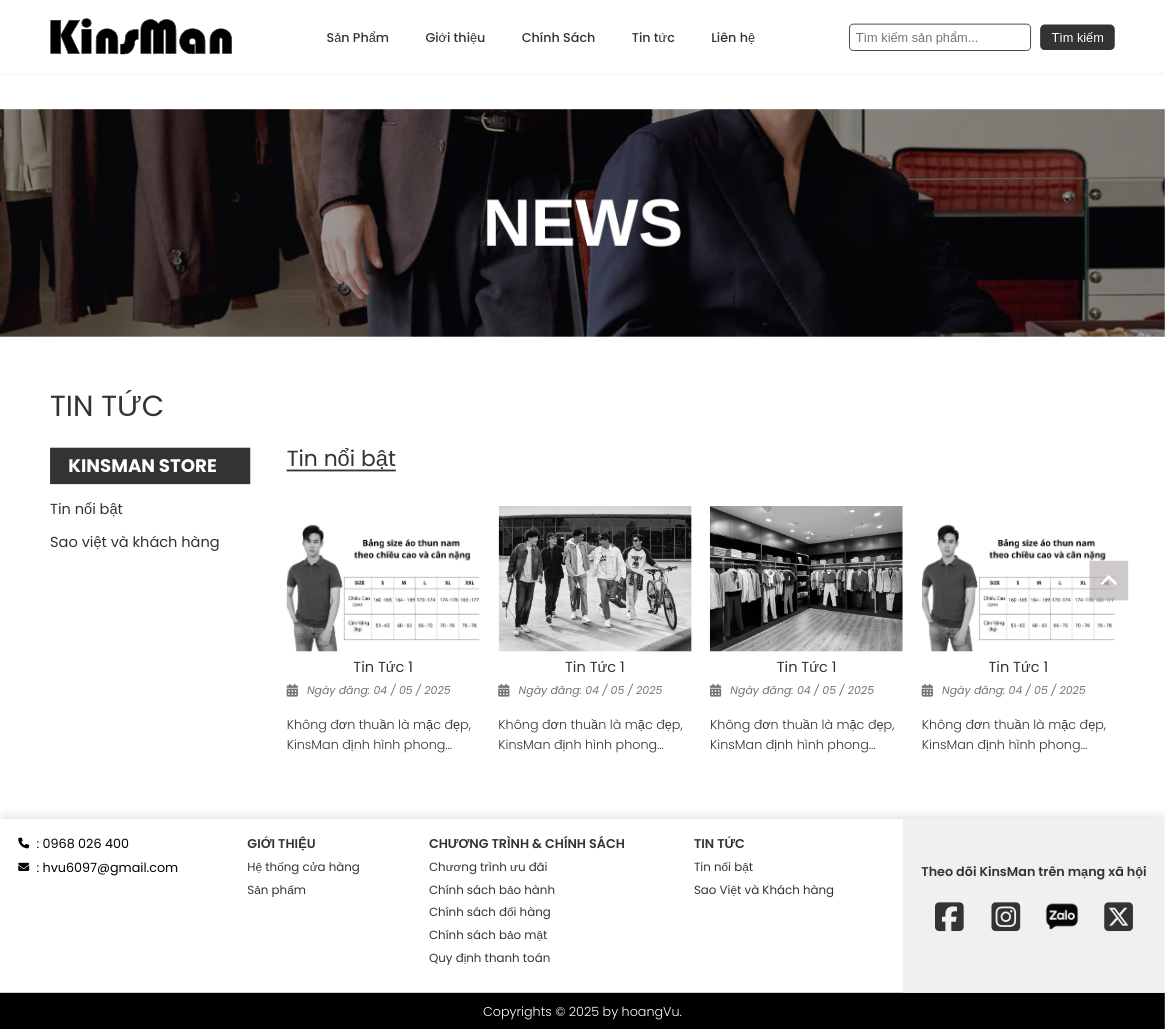
Repository: hoang28092000/kinsmanClothes
Page: category/news.html
These files come from the project's save history. The page is drawn as it stood at one moment and after the next save; the edit follows.
The browser window is 1280 px wide. The pictures show the whole page, at 91% of full size.

Above is the page before, as saved 2025-05-08 12:20:26.
Console error: TypeError: Cannot read properties of null (reading 'addEventListener')

### category/news.html
<!DOCTYPE html>
<html lang="en">
  <head>
    <meta charset="UTF-8" />
    <meta name="viewport" content="width=device-width, initial-scale=1.0" />
    <link rel="preconnect" href="https://fonts.googleapis.com" />
    <link rel="preconnect" href="https://fonts.gstatic.com" crossorigin />
    <link
      href="https://fonts.googleapis.com/css2?family=Poppins:ital,wght@0,100;0,200;0,300;0,400;0,500;0,600;0,700;0,800;0,900;1,100;1,200;1,300;1,400;1,500;1,600;1,700;1,800;1,900&display=swap"
      rel="stylesheet"
    />
    <link
      rel="stylesheet"
      href="https://cdnjs.cloudflare.com/ajax/libs/font-awesome/6.7.2/css/all.min.css"
      integrity="sha512-Evv84Mr4kqVGRNSgIGL/F/aIDqQb7xQ2vcrdIwxfjThSH8CSR7PBEakCr51Ck+w+/U6swU2Im1vVX0SVk9ABhg=="
      crossorigin="anonymous"
      referrerpolicy="no-referrer"
    />
    <link rel="stylesheet" href="../css/reset.css" />
    <link rel="stylesheet" href="../css/main.css" />
    <link rel="stylesheet" href="../css/product.css" />
    <title>KinsMan-Policy</title>
  </head>
  <body>
    <header class="header">
      <div class="container">
        <div class="content-header">
          <div class="logo">
            <a href="../index.html">
              <img
                src="../asset/logo/logo-kinsmann.svg"
                alt="KinsManClothes Logo"
              />
            </a>
          </div>
          <nav class="nav">
            <ul>
              <li><a href="./product.html">Sản Phẩm</a></li>
              <li><a href="./about-us.html">Giới thiệu</a></li>
              <li><a href="#">Chính Sách</a></li>
              <li><a href="./news.html">Tin tức</a></li>
              <li><a href="./contact.html">Liên hệ</a></li>
            </ul>
          </nav>
          <div class="search-box">
            <input type="text" placeholder="Tìm kiếm sản phẩm..." />
            <button type="submit">Tìm kiếm</button>
          </div>
        </div>
      </div>
    </header>

    <main class="main-news">
      <div class="banner-news">
        <img src="../asset/banner/banner-9.png" alt="" />
      </div>
      <div class="container">
        <h2 class="title-heading title-contact">TIN TỨC</h2>
        <div class="content-news">
          <div class="left">
            <h4>KINSMAN STORE</h4>
            <p>
              <a href="">Tin nổi bật</a>
            </p>
            <p>
              <a href="">Sao việt và khách hàng</a>
            </p>
          </div>
          <div class="right">
            <div class="body-news" id="">
              <h3 class="blog-heading">Tin nổi bật</h3>
              <div class="list-news">
                <article class="card-news">
                  <a href="">
                    <div class="img-news">
                        <img src="../asset/image/new-1.jpg" alt="" />
                    </div>
                    <h3 class="name-news"><a href="">
                        Tin Tức 1
                    </a></h3>
                  </a>
                  <div class="desc">
                    <div class="time-up">
                      <i class="fa-solid fa-calendar-days icon-time"></i>
                      <p class="desc-time">
                        Ngày đăng: 04 / 05 / 2025
                      </p>
                    </div>
                    <p class="desc_card-news">
                        Không đơn thuần là mặc đẹp, KinsMan định hình phong cách mới cho nam giới hiện đại: trẻ trung, khỏe khoắn và luôn sẵn sàng bứt phá. Từ áo thun basic đến sơ mi phối phá cách, mọi thiết kế đều hướng tới sự năng động trong từng chi tiết. Đặc biệt phù hợp với những chàng trai thích sự đơn giản nhưng vẫn “ăn điểm” trước đám đông.
                    </p>
                  </div>
                </article>
                <article class="card-news">
                  <a href="">
                    <div class="img-news">
                        <img src="../asset/image/news-2.webp" alt="" />
                    </div>
                    <h3 class="name-news"><a href="">
                        Tin Tức 1
                    </a></h3>
                  </a>
                  <div class="desc">
                    <div class="time-up">
                      <i class="fa-solid fa-calendar-days icon-time"></i>
                      <p class="desc-time">
                        Ngày đăng: 04 / 05 / 2025
                      </p>
                    </div>
                    <p class="desc_card-news">
                        Không đơn thuần là mặc đẹp, KinsMan định hình phong cách mới cho nam giới hiện đại: trẻ trung, khỏe khoắn và luôn sẵn sàng bứt phá. Từ áo thun basic đến sơ mi phối phá cách, mọi thiết kế đều hướng tới sự năng động trong từng chi tiết. Đặc biệt phù hợp với những chàng trai thích sự đơn giản nhưng vẫn “ăn điểm” trước đám đông.
                    </p>
                  </div>
                </article>
                <article class="card-news">
                  <a href="">
                    <div class="img-news">
                        <img src="../asset/image/news-3.jpg" alt="" />
                    </div>
                    <h3 class="name-news"><a href="">
                        Tin Tức 1
                    </a></h3>
                  </a>
                  <div class="desc">
                    <div class="time-up">
                      <i class="fa-solid fa-calendar-days icon-time"></i>
                      <p class="desc-time">
                        Ngày đăng: 04 / 05 / 2025
                      </p>
                    </div>
                    <p class="desc_card-news">
                        Không đơn thuần là mặc đẹp, KinsMan định hình phong cách mới cho nam giới hiện đại: trẻ trung, khỏe khoắn và luôn sẵn sàng bứt phá. Từ áo thun basic đến sơ mi phối phá cách, mọi thiết kế đều hướng tới sự năng động trong từng chi tiết. Đặc biệt phù hợp với những chàng trai thích sự đơn giản nhưng vẫn “ăn điểm” trước đám đông.
                    </p>
                  </div>
                </article>
                <article class="card-news">
                  <a href="">
                    <div class="img-news">
                        <img src="../asset/image/new-1.jpg" alt="" />
                    </div>
                    <h3 class="name-news"><a href="">
                        Tin Tức 1
                    </a></h3>
                  </a>
                  <div class="desc">
                    <div class="time-up">
                      <i class="fa-solid fa-calendar-days icon-time"></i>
                      <p class="desc-time">
                        Ngày đăng: 04 / 05 / 2025
                      </p>
                    </div>
                    <p class="desc_card-news">
                        Không đơn thuần là mặc đẹp, KinsMan định hình phong cách mới cho nam giới hiện đại: trẻ trung, khỏe khoắn và luôn sẵn sàng bứt phá. Từ áo thun basic đến sơ mi phối phá cách, mọi thiết kế đều hướng tới sự năng động trong từng chi tiết. Đặc biệt phù hợp với những chàng trai thích sự đơn giản nhưng vẫn “ăn điểm” trước đám đông.
                    </p>
                  </div>
                </article>


              </div>

            </div>
          </div>
        </div>
      </div>
    </main>
    <footer class="footer">
      <div class="content-footer">
        <ul class="info-footer">
          <li class="contact-footer">
            <i class="fa-solid fa-phone icon-footer"></i>
            <p>: 0968 026 400</p>
          </li>
          <li class="contact-footer">
            <i class="fa-solid fa-envelope icon-footer"></i>
            <p>: hvu6097@gmail.com</p>
          </li>
        </ul>
        <ul class="info-footer">
          <li class="title-footer">GIỚI THIỆU</li>
          <li>
            <a href="./about-us.html"> Hệ thống cửa hàng </a>
          </li>
          <li>
            <a href="#"> Sản phẩm </a>
          </li>
        </ul>
        <ul class="info-footer">
          <li class="title-footer">CHƯƠNG TRÌNH & CHÍNH SÁCH</li>
          <li>
            <a href="./policy.html">Chương trình ưu đãi</a>
          </li>
          <li>
            <a href="./policy.html">Chính sách bảo hành</a>
          </li>
          <li>
            <a href="./policy.html">Chính sách đổi hàng</a>
          </li>
          <li>
            <a href="./policy.html">Chính sách bảo mật</a>
          </li>
          <li>
            <a href="./policy.html">Quy định thanh toán</a>
          </li>
        </ul>
        <ul class="info-footer">
          <li class="title-footer">TIN TỨC</li>
          <li>
            <a href="./news.html">Tin nổi bật</a>
          </li>
          <li>
            <a href="./news.html">Sao Việt và Khách hàng</a>
          </li>
        </ul>
        <ul class="footer-social">
          <li class="title-footer">Theo dõi KinsMan trên mạng xã hội</li>
          <li class="links-social">
            <a href="https://www.facebook.com/profile.php?id=100008725181742">
              <i class="fa-brands fa-square-facebook icon-social"></i>
            </a>
            <a href="https://www.instagram.com/hoagkins/"
              ><i class="fa-brands fa-square-instagram icon-social"></i
            ></a>
            <a href="zalo.me/0968026400"
              ><img
                src="../asset/icon/icon-zalo2.png"
                class="img-zalo"
                alt="ZALO"
            /></a>
            <a href="https://x.com/kinsman2809"
              ><i class="fa-brands fa-square-x-twitter icon-social"></i
            ></a>
          </li>
        </ul>
      </div>
      <div class="copy_right">
        <h3>Copyrights © 2025 by hoangVu.</h3>
      </div>
    </footer>

    <div class="up-page">
      <a href="#"><i class="fa-solid fa-angle-up icon-up"></i></a>
    </div>

    <script src="./js/main.js"></script>
  </body>
</html>

### css/product.css
.main-product {
  margin-top: 80px;
}
.banner-product {
  width: 100%;
  height: 250px;
}
.banner-product img {
  width: 100%;
  height: 100%;
}
.category-product {
  margin-bottom: 70px;
}

.list-product {
  display: flex;
  justify-content: space-between;
  align-items: center;
  gap: 30px;
}
.product-link {
  text-decoration: none;
}
.product-card {
  width: 288px;
}
.img-product {
  width: 100%;
  height: 290px;
  overflow: hidden;
}
.img-product img {
  width: 100%;
  height: 100%;
  transition: transform 0.3s ease;
}
.img-product img:hover {
  transform: scale(1.1);
}
.info-card {
  padding: 10px 20px;
}
.info-card h3 {
  text-align: center;
  font-size: 1.6rem;
  color: var(--text-color);
}
.price {
  font-size: 1.4rem;
  color: var(--primary-color);
  font-weight: 600;
  text-align: center;
  margin-top: 8px;
}
.more-product {
  width: 160px;
  height: 40px;
  display: flex;
  justify-content: center;
  align-items: center;
  margin: 30px auto 0;
  background-color: #333;
  color: #fff;
  text-decoration: none;
  font-size: 1.4rem;
  border: 1px solid #333;
  transition: all 0.7s ease;
  border-radius: 5px;
}
.more-product:hover {
  background-color: #fff;
  color: #333;
}
.banner-main_second {
  width: 100%;
  height: 250px;
}

.banner-main_second img {
  width: 100%;
  height: 100%;
}

/* main_about-us */
.main-news,
.main-contact,
.main-policy,
.main_about-us {
  margin-top: 120px;
}
.content-policy .passage,
.content_about-us .passage {
  margin-bottom: 32px;
}
.content-policy h3,
.content_about-us h3 {
  font-size: 1.8rem;
  font-weight: 500;
  color: var(--text-color);
  line-height: 1.76;
  margin-bottom: 12px;
}
.content-policy p,
.content_about-us p {
  font-size: 1.6rem;
  color: #333;
  line-height: 1.85;
  margin-bottom: 10px;
  text-align: justify;
}

.map {
  position: relative;
  width: 100%;
  height: 400px;
  margin-top: 40px;
}
.map a {
  text-decoration: none;
}
.map img {
  width: 100%;
  height: 100%;
  object-fit: cover;
}
.overlay-map {
  position: absolute;
  top: 0;
  bottom: 0;
  right: 0;
  left: 0;
  display: none;
  background-color: rgba(73, 71, 71, 0.4);
}
.overlay-map h3 {
  font-size: 2.8rem;
  color: #fff;
}

.map:hover .overlay-map {
  display: flex;
  justify-content: center;
  align-items: center;
}

/* policy */
.content-policy ul {
  padding-left: 30px;
  list-style-type: disc;
}
.content-policy li {
  font-size: 1.6rem;
  color: #333;
  margin-bottom: 16px;
}
/* contact */
.banner-contact {
  width: 100%;
  height: 250px;
}
.banner-contact img {
  width: 100%;
  height: 100%;
  object-fit: cover;
}
.content-contact {
  margin-top: 70px;
}
.info-contact {
  display: flex;
  justify-content: space-between;
  align-items: center;
  gap: 60px;
}
.info-contact .left,
.info-contact .right {
  width: 550px;
}
.info-contact .left {
  padding: 20px 0;
}
.item-contact {
  display: flex;
  align-items: center;
  gap: 10px;
  margin-bottom: 20px;
}
.item-contact:last-child {
  margin-bottom: 0;
}
.item-contact i {
  font-size: 1.6rem;
  color: #333;
}
.item-contact p {
  font-size: 1.6rem;
  font-weight: 300;
  color: #333;
}

.info-contact .right img {
  width: 100%;
}
.map-contact {
  height: 250px;
}
.title-contact {
  text-align: start;
  margin-bottom: 30px;
}

/* news */
.banner-news {
  width: 100%;
  height: 250px;
  margin-bottom: 60px;
}
.banner-news img {
  width: 100%;
  height: 100%;
  object-fit: cover;
}
.content-news {
  display: flex;
  justify-content: space-between;
}
.content-news .left {
  width: 220px;
}

.content-news .left h4 {
  width: 100%;
  font-size: 2rem;
  color: #fff;
  font-weight: 700;
  background-color: #333;
  padding: 10px 20px;
  margin-bottom: 20px;
}
.content-news .left p {
  margin-bottom: 20px;
}
.content-news .left a {
  text-decoration: none;
  font-size: 1.6rem;
  color: #333;
}
.content-news .left a:hover {
  text-decoration: underline;
}

.content-news .right {
  flex: 1;
  margin-left: 40px;
}
.blog-heading {
  font-size: 2.4rem;
  color: #333;
  text-decoration: underline;
  text-underline-offset: 4px;
  text-decoration-thickness: 2px;
  margin-bottom: 40px;
}
.list-news {
  display: grid;
  grid-template-columns: repeat(4, 212px);
  gap: 20px;
}
.list-news .card-news {
  width: 100%;
}

.list-news .img-news {
  width: 100%;
  height: 160px;
  overflow: hidden;
}
.list-news .img-news img {
  width: 100%;
  height: 100%;
  object-fit: cover;
  transition: transform 0.3s ease;
}
.list-news .img-news img:hover {
  transform: scale(1.1);
}
.name-news {
  text-align: center;
  padding: 10px;
}
.name-news a {
  font-size: 1.6rem;
  color: #333;
  text-decoration: none;
}

.name-news a:hover {
  color: var(--primary-color);
}
.time-up {
  display: flex;
  align-items: center;
  gap: 10px;
  margin-bottom: 20px;
}
.icon-time {
  font-size: 1.4rem;
  color: #757272;
}
.desc-time {
  font-style: italic;
  color: #757272;
  font-size: 1.2rem;
}
.desc_card-news {
  display: -webkit-box;
  -webkit-line-clamp: 2;
  -webkit-box-orient: vertical;
  overflow: hidden;
  text-overflow: ellipsis;
  font-size: 1.4rem;
  color: #333;
  font-weight: 300;
  line-height: 1.57;
}

Loaded but not shown: css/reset.css (common file); js/main.js (19 lines, source omitted); css/main.css (480 lines, source omitted)

After the next save:
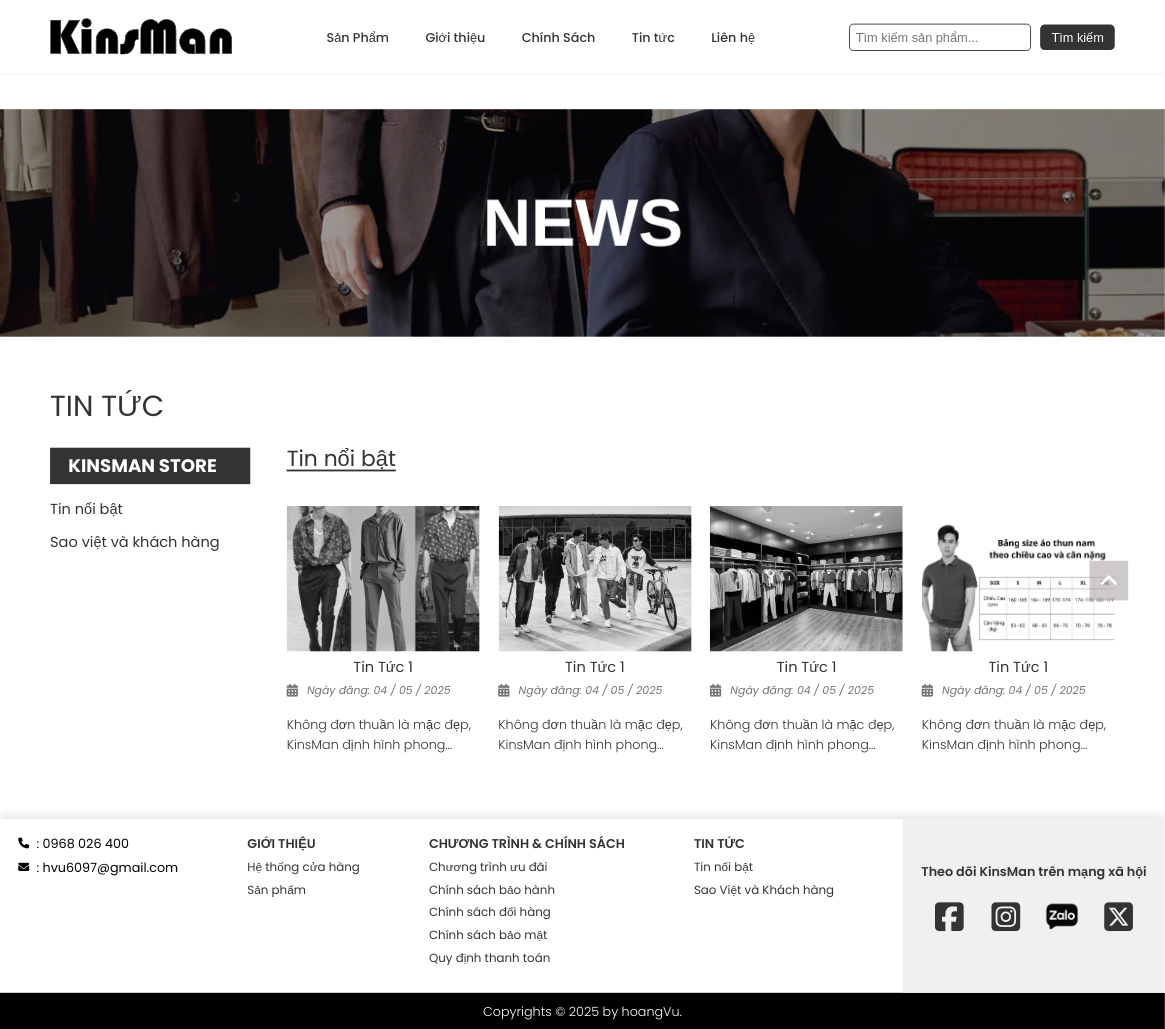
Saved 10 s later.
--- a/category/news.html
+++ b/category/news.html
@@ -73,7 +73,7 @@
                 <article class="card-news">
                   <a href="">
                     <div class="img-news">
-                        <img src="../asset/image/new-1.jpg" alt="" />
+                        <img src="../asset/image/news-4.png" alt="" />
                     </div>
                     <h3 class="name-news"><a href="">
                         Tin Tức 1
